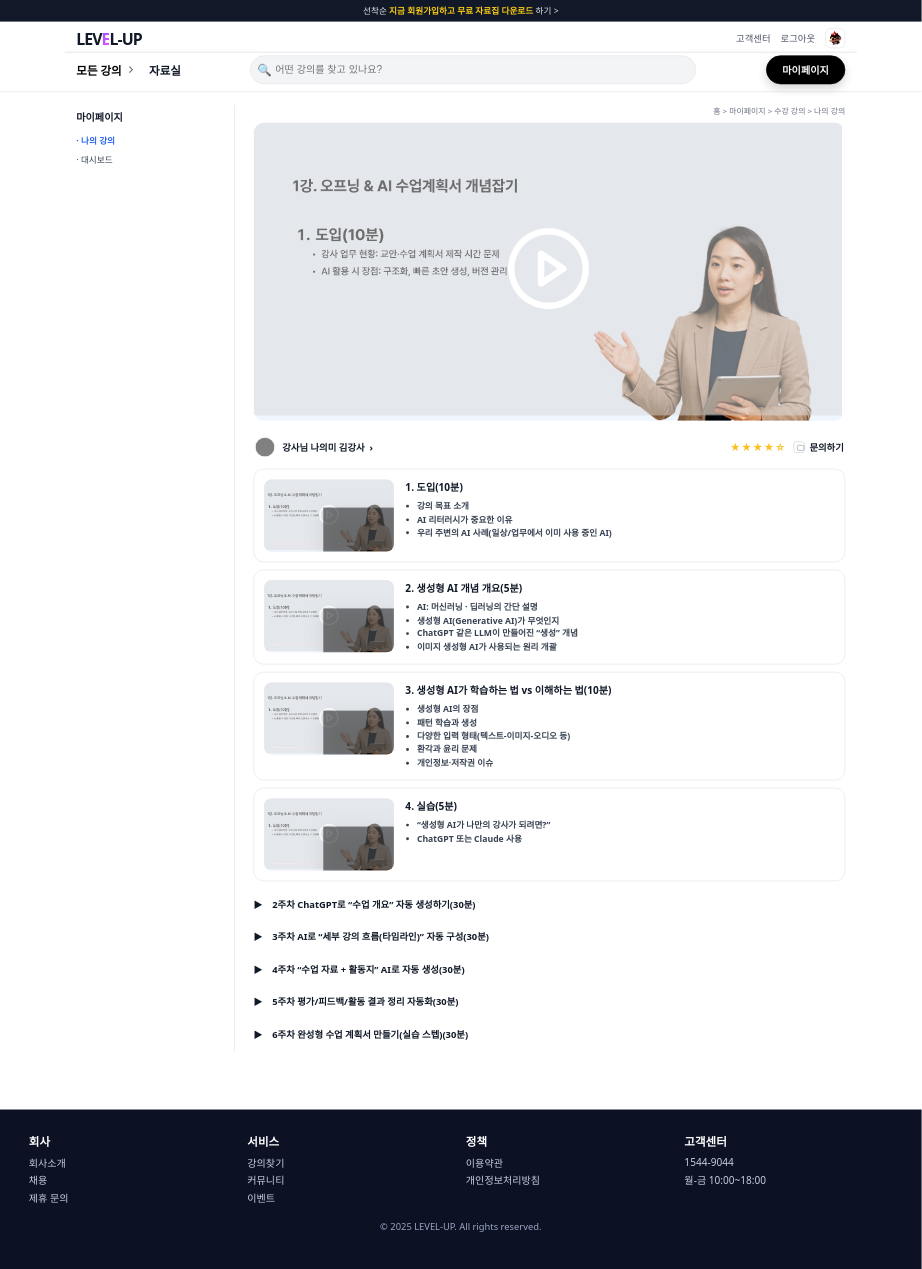
Repository: Iimchaehoon/level_up
Page: my_lecture.html
An editor plug-in stored every save of this project. The page is shown before and after the next save, followed by the edit.
The browser window is 1280 px wide. The pictures show the whole page, at 72% of full size.

Above is the page before, as saved 2025-12-14 01:30:16.

### my_lecture.html
<!doctype html>
<html lang="ko">
<head>
  <meta charset="UTF-8" />
  <meta name="viewport" content="width=device-width,initial-scale=1" />
  <title>나의 강의 | LEVEL-UP</title>

  <link rel="stylesheet" href="styles.css" />

  <style>
    :root{
      --gray-50:#f9fafb; --gray-100:#f3f4f6; --gray-200:#e5e7eb; --gray-300:#d1d5db;
      --gray-400:#9ca3af; --gray-500:#6b7280; --gray-600:#4b5563; --gray-700:#374151;
      --black:#111827; --primary:#2563eb;
    }
    *{ box-sizing:border-box; }
    body{ margin:0; font-family:"Noto Sans KR",system-ui,-apple-system,BlinkMacSystemFont,"Segoe UI",sans-serif; background:#fff; color:var(--black); }
    a{ color:inherit; text-decoration:none; }
    img{ max-width:100%; display:block; }
    button{ font-family:inherit; }

    /* ───────── 상단 공지 ───────── */
    .topbar{ background:#111827; color:#e5e7eb; font-size:12px; text-align:center; padding:6px 16px; }
    .topbar strong{ color:#facc15; font-weight:600; }

    /* ───────── 헤더(고정 + 드롭다운 동작 보장) ───────── */
    .header{ background:#fff; border-bottom:1px solid var(--gray-200); position:sticky; top:0; z-index:999; }
    .header{ position:sticky; top:0; }
    .header{ /* 드롭다운 absolute 기준 */ position:sticky; }
    .header-top{
      display:flex; align-items:center; justify-content:space-between;
      max-width:1100px; margin:0 auto; padding:8px 16px 4px;
    }
    .brand{ font-size:22px; font-weight:800; letter-spacing:-0.06em; cursor:pointer; }
    .brand__e{
      display:inline-block;
      background:linear-gradient(120deg,#7b5cff,#ff4bff);
      -webkit-background-clip:text; color:transparent;
    }
    .header-top__right{ display:flex; align-items:center; gap:14px; font-size:13px; }
    .nav-util{ color:var(--gray-600); cursor:pointer; }
    .profile-avatar{
      width:28px; height:28px; border-radius:8px; object-fit:cover; border:1px solid var(--gray-200);
    }

    .header-bottom{
      display:grid;
      grid-template-columns:auto minmax(260px,1fr) auto;
      align-items:center; gap:16px;
      max-width:1100px; margin:0 auto;
      padding:4px 16px 10px;
      border-top:1px solid rgba(148,163,184,.35);
      position:relative;
    }
    .header-bottom__left{ display:flex; align-items:center; gap:16px; }
    .menu-title{
      background:none; border:none; padding:6px 0; font:inherit;
      font-weight:600; display:inline-flex; align-items:center; gap:4px;
      cursor:pointer;
    }
    .menu-title:hover{ color:var(--primary); }

    .header-bottom__center{ display:flex; justify-content:center; }
    .header-bottom__right{ display:flex; justify-content:flex-end; }

    .nav__search{ position:relative; max-width:620px; width:100%; }
    .nav__search input{
      width:100%;
      padding:11px 14px 11px 34px;
      border-radius:999px;
      border:1px solid var(--gray-200);
      background:var(--gray-100);
      font-size:14px;
      outline:none;
    }
    .icon-search{
      position:absolute; left:10px; top:50%; transform:translateY(-50%);
      font-size:16px; color:var(--gray-600);
      cursor:default;
    }

    .menu-toggle-icon{
      width:18px; height:18px;
      background-image:url("./assets/Button_1.png");
      background-size:contain; background-repeat:no-repeat; background-position:center;
      transform:rotate(0deg);
      transform-origin:center;
      transition:transform .15s ease;
    }
    .menu-toggle-icon.open{ transform:rotate(90deg); }

    .btn{
      border-radius:12px;
      border:1px solid transparent;
      padding:10px 16px;
      font-weight:600;
      cursor:pointer;
      background:#fff;
      color:var(--black);
      transition:all .2s ease;
    }
    .btn.mypage-btn{
      border-radius:999px;
      background:#000;
      color:#fff;
      padding:9px 22px;
      font-size:14px;
      border:1px solid #000;
      box-shadow: 0 6px 14px rgba(0,0,0,0.16);
      transition: background-color .18s ease, box-shadow .18s ease, transform .18s ease;
    }
    .btn.mypage-btn:hover{
      background: rgba(0,0,0,0.86);
      box-shadow: 0 8px 18px rgba(0,0,0,0.18);
      transform: translateY(-1px);
    }
    .btn.mypage-btn:active{
      background: rgba(0,0,0,0.78);
      box-shadow: 0 4px 10px rgba(0,0,0,0.14);
      transform: translateY(1px);
    }

    /* 드롭다운 */
    .nav-dropdown{
      display:none;
      position:absolute;
      background:#fff;
      border-radius:18px;
      box-shadow:0 20px 40px rgba(15,23,42,.18);
      padding:10px 0;
      min-width:260px;
      z-index:2000;
    }
    .nav-dropdown__list{ list-style:none; margin:0; padding:0; }
    .nav-dropdown__item{
      display:flex; align-items:center; gap:10px;
      padding:8px 16px; font-size:14px; white-space:nowrap;
      cursor:pointer;
    }
    .nav-dropdown__item + .nav-dropdown__item{ border-top:1px solid var(--gray-200); }
    .nav-dropdown__item:hover{ background:var(--gray-50); }
    .nav-dropdown__icon{ width:22px; height:22px; object-fit:contain; }

    /* ───────── 페이지 레이아웃(피그마 느낌) ───────── */
    .page{
      max-width:1100px;
      margin:0 auto;
      padding:18px 16px 80px;
      display:grid;
      grid-template-columns:220px 1fr;
      gap:26px;
    }

    /* 좌측 메뉴 */
    .side{ border-right:1px solid var(--gray-200); padding-right:18px; }
    .side__title{ font-size:14px; font-weight:900; margin:6px 0 14px; }
    .side__group{ margin-bottom:18px; }
    .side__group h4{ margin:0 0 8px; font-size:12px; font-weight:900; color:var(--black); }
    .side__links{ display:flex; flex-direction:column; gap:8px; font-size:12px; }
    .side__links a{ color:var(--gray-700); cursor:pointer; }
    .side__links a.active{ color:var(--primary); font-weight:900; }

    /* 메인 상단 breadcrumb */
    .main__crumb{ font-size:11px; color:var(--gray-500); text-align:right; margin:0 0 8px; }

    /* 상단 히어로 카드 */
    .hero-card{
      height: 415px;
      background:url(./my_lec/Group_427322280.png);
      background-size: contain;
      border-radius:16px;
      padding:22px 22px;
      display:flex;
      justify-content:space-between;
      align-items:center;
      gap:16px;
    }
    .hero-title{ margin:0; font-size:22px; font-weight:900; }
    .hero-sub{ margin:10px 0 0; font-size:14px; color:var(--gray-700); font-weight:600; }
    .hero-figure{
      width:260px; height:170px;
      border-radius:12px;
      overflow:hidden;
      display:flex;
      align-items:center;
      justify-content:center;
    }
    .hero-figure img{ width:100%; height:100%; object-fit:contain; }

    /* 강사/별점/문의하기 라인 */
    .teacher-row{
      margin:16px 0 10px;
      display:flex;
      align-items:center;
      justify-content:space-between;
      padding:6px 2px;
    }
    .teacher-left{
      display:flex; align-items:center; gap:10px;
      font-size:13px; font-weight:800;
    }
    .teacher-avatar{
      width:28px; height:28px; border-radius:999px;
      object-fit:cover; border:1px solid var(--gray-200);
      background:#fff;
    }
    .teacher-right{
      display:flex; align-items:center; gap:10px;
      font-size:13px; font-weight:800;
    }
    .stars{
      color:#fbbf24;
      letter-spacing:1px;
      font-size:14px;
    }
    .ask{
      display:inline-flex; align-items:center; gap:6px;
      color:var(--black);
      cursor:pointer;
    }
    .ask .icon{
      width:16px; height:16px;
      border:1px solid var(--gray-300);
      border-radius:4px;
      display:inline-block;
      position:relative;
      background:#fff;
    }
    .ask .icon:after{
      content:"";
      position:absolute;
      left:4px; top:4px;
      width:8px; height:6px;
      border:1px solid var(--gray-400);
      border-radius:2px;
    }

    /* 오프닝/커리큘럼 카드 */
    .unit-card{
      background:#fff;
      border:1px solid var(--gray-200);
      border-radius:14px;
      padding:14px;
      margin-top:10px;
    }

    /* 썸네일: "배경(Group) + 필름(Rectangle)" 합성 */
    .thumb-composite{
      width:180px;
      height:100px;
      border-radius:10px;
      overflow:hidden;
      background:#e5e7eb;
      position:relative;
      flex:0 0 auto;
    }
    .thumb-composite .bg{
      position:absolute; inset:0;
      width:100%; height:100%;
      object-fit:cover;
    }
    .thumb-composite .film{
      position:absolute;
      right:-6px;
      bottom:-6px;
      width:58%;
      height:auto;
      object-fit:contain;
      pointer-events:none;
      filter: drop-shadow(0 8px 14px rgba(0,0,0,.18));
    }
    .thumb-composite .playerbar{
      position:absolute;
      left:8px;
      bottom:8px;
      width:65%;
      height:auto;
      object-fit:contain;
      pointer-events:none;
      opacity:.95;
    }

    .unit-row{
      display:flex;
      gap:16px;
      align-items:flex-start;
    }
    .unit-body{
      flex:1;
    }
    .unit-title{
      margin:0 0 8px;
      font-size:14px;
      font-weight:900;
    }
    .unit-list{
      margin:0;
      padding-left:16px;
      font-size:12px;
      color:var(--gray-700);
      line-height:1.55;
      font-weight:600;
    }

    /* 아코디언 (2~6주차) */
    .accordion{
      margin-top:12px;
      border-radius:14px;
    }
    .acc-item{ margin:6px 0; }
    .acc-btn{
      width:100%;
      background:transparent;
      border:none;
      padding:10px 0;
      display:flex;
      align-items:center;
      gap:10px;
      font-size:13px;
      font-weight:900;
      cursor:pointer;
      color:var(--black);
      text-align:left;
    }
    .acc-arrow{
      width:16px;
      display:inline-block;
      transform:rotate(0deg);
      transition:transform .18s ease;
      color:var(--black);
    }
    .acc-item.open .acc-arrow{ transform:rotate(90deg); }

    .acc-panel{
      max-height:0;
      overflow:hidden;
      transition:max-height .22s ease;
      padding-left:26px;
    }
    .acc-inner{
      padding:8px 0 12px;
      color:var(--gray-700);
      font-size:12px;
      line-height:1.6;
      font-weight:600;
    }

    /* 푸터(너가 준 그대로) */
    .footer {
      background: #0c1224;
      color: #c7cee1;
      padding: 32px 24px 50px;
    }
    .footer__links {
      max-width: 1200px;
      margin: 0 auto 18px;
      display: grid;
      grid-template-columns: repeat(auto-fit, minmax(180px, 1fr));
      gap: 14px;
    }
    .footer h4 {
      margin: 0 0 8px;
      color: #ffffff;
    }
    .footer a {
      display: block;
      margin: 4px 0;
      font-size: 14px;
      cursor:pointer;
    }
    .footer__copy {
      margin: 0;
      text-align: center;
      font-size: 13px;
      color: #9ca6c7;
    }

    @media (max-width:980px){
      .page{ grid-template-columns:1fr; }
      .side{ border-right:none; padding-right:0; }
      .hero-figure{ width:200px; height:140px; }
      .thumb-composite{ width:150px; height:90px; }
    }
  </style>
</head>

<body>
  <div class="topbar">
    선착순 <strong>지금 회원가입하고 무료 자료집 다운로드</strong> 하기 &gt;
  </div>

  <!-- ✅ 헤더 -->
  <header class="header" id="headerRoot">
    <div class="header-top">
      <div class="header-top__left">
        <a href="index.html" class="brand">LEV<span class="brand__e">E</span>L-UP</a>
      </div>
      <div class="header-top__right header-top__right--authed">
        <span class="nav-util">고객센터</span>
        <span class="nav-util">로그아웃</span>
        <img class="profile-avatar" src="./assets/ddd_thumbnail.png" alt="프로필" />
      </div>
    </div>

    <div class="header-bottom">
      <div class="header-bottom__left">
        <button class="menu-title has-dropdown" id="allLecturesBtn" type="button">
          <span>모든 강의</span>
          <span class="menu-toggle-icon" id="menuToggleIcon" aria-hidden="true"></span>
        </button>
        <a class="menu-title" href="course.html">자료실</a>
      </div>

      <div class="header-bottom__center">
        <div class="nav__search">
          <span class="icon-search">🔍</span>
          <input type="text" placeholder="어떤 강의를 찾고 있나요?" />
        </div>
      </div>

      <div class="header-bottom__right">
        <button class="btn mypage-btn" type="button" data-nav="mypage">마이페이지</button>
      </div>
    </div>

    <!-- 드롭다운 -->
    <div class="nav-dropdown" id="navDropdown">
      <ul class="nav-dropdown__list">
        <li class="nav-dropdown__item js-go-ai-basic">
          <img src="./assets/9342101 1.png" alt="" class="nav-dropdown__icon" />
          <span>AI 기초 이해 · 리터러시</span>
        </li>
        <li class="nav-dropdown__item"><img src="./assets/9a04e59f-39b9-42de-9d05-d933becf10b4 1.png" alt="" class="nav-dropdown__icon" /><span>업무 효율 향상</span></li>
        <li class="nav-dropdown__item"><img src="./assets/son-eul-jabgo-huinsaeg-baegyeong-3d-geulim-e-keullibbodeue-chekeuliseuteu-sincheongseo-munseo-jagseong (1) 1.png" alt="" class="nav-dropdown__icon" /><span>교육 자료 제작</span></li>
        <li class="nav-dropdown__item"><img src="./assets/9731562 1.png" alt="" class="nav-dropdown__icon" /><span>원생 관리</span></li>
        <li class="nav-dropdown__item"><img src="./assets/10316159 1.png" alt="" class="nav-dropdown__icon" /><span>상담 업무</span></li>
        <li class="nav-dropdown__item"><img src="./assets/63624731-5ef5-4ba4-8c7f-82a551538336 1.png" alt="" class="nav-dropdown__icon" /><span>강의 기획 · 교육 설계</span></li>
        <li class="nav-dropdown__item"><img src="./assets/9d016f34-375d-4ba7-8c87-c7b0c5c7740b 1.png" alt="" class="nav-dropdown__icon" /><span>강의 홍보 · 피드백</span></li>
        <li class="nav-dropdown__item"><img src="./assets/04f8dee7-4018-491e-96a9-dbf9a50d942b 1.png" alt="" class="nav-dropdown__icon" /><span>자료 · 로고 디자인</span></li>
        <li class="nav-dropdown__item"><img src="./assets/11591525 1.png" alt="" class="nav-dropdown__icon" /><span>창업 · 수익화</span></li>
      </ul>
    </div>
  </header>

  <main class="page">
    <!-- 좌측 -->
    <aside class="side">
      <div class="side__title">마이페이지</div>
      <div class="side__group">
        <div class="side__links">
          <a class="active" href="my_lecture.html">· 나의 강의</a>
          <a href="#">· 대시보드</a>
        </div>
      </div>
    </aside>

    <!-- 우측 -->
    <section class="main">
      <div class="main__crumb">홈 &gt; 마이페이지 &gt; 수강 강의 &gt; 나의 강의</div>

      <!-- 상단 카드 -->
      <div class="hero-card">

      </div>

      <!-- 강사 라인 -->
      <div class="teacher-row">
        <div class="teacher-left">
          <img class="teacher-avatar" src="./my_lec/Rectangle_3468940.png" alt="강사 프로필">
          <span>강사님 나의미 김강사 &nbsp;›</span>
        </div>
        <div class="teacher-right">
          <span class="stars">★★★★☆</span>
          <span class="ask"><span class="icon" aria-hidden="true"></span>문의하기</span>
        </div>
      </div>

      <!-- 1~4 카드(피그마 스타일: 썸네일 합성 + 리스트) -->
      <div class="unit-card">
        <div class="unit-row">
          <div class="thumb-composite">
            <img class="bg" src="./my_lec/Group_427322280.png" alt="오프닝 썸네일"
                 onerror="this.onerror=null; this.src='./my_lec/Group_42732280.png';" />
            <img class="playerbar" src="./my_lec/Group_427322371.png" alt="플레이어바"
                 onerror="this.onerror=null; this.style.display='none';" />
            <img class="film" src="./my_lec/Rectangle_3468940.png" alt="필름 오버레이"
                 onerror="this.onerror=null; this.style.display='none';" />
          </div>
          <div class="unit-body">
            <p class="unit-title">1. 도입(10분)</p>
            <ul class="unit-list">
              <li>강의 목표 소개</li>
              <li>AI 리터러시가 중요한 이유</li>
              <li>우리 주변의 AI 사례(일상/업무에서 이미 사용 중인 AI)</li>
            </ul>
          </div>
        </div>
      </div>

      <div class="unit-card">
        <div class="unit-row">
          <div class="thumb-composite">
            <img class="bg" src="./my_lec/Group_427322280.png" alt="">
            <img class="playerbar" src="./my_lec/Group_427322371.png" alt="">
            <img class="film" src="./my_lec/Rectangle_3468940.png" alt="">
          </div>
          <div class="unit-body">
            <p class="unit-title">2. 생성형 AI 개념 개요(5분)</p>
            <ul class="unit-list">
              <li>AI: 머신러닝 · 딥러닝의 간단 설명</li>
              <li>생성형 AI(Generative AI)가 무엇인지</li>
              <li>ChatGPT 같은 LLM이 만들어진 “생성” 개념</li>
              <li>이미지 생성형 AI가 사용되는 원리 개괄</li>
            </ul>
          </div>
        </div>
      </div>

      <div class="unit-card">
        <div class="unit-row">
          <div class="thumb-composite">
            <img class="bg" src="./my_lec/Group_427322280.png" alt="">
            <img class="playerbar" src="./my_lec/Group_427322371.png" alt="">
            <img class="film" src="./my_lec/Rectangle_3468940.png" alt="">
          </div>
          <div class="unit-body">
            <p class="unit-title">3. 생성형 AI가 학습하는 법 vs 이해하는 법(10분)</p>
            <ul class="unit-list">
              <li>생성형 AI의 장점</li>
              <li>패턴 학습과 생성</li>
              <li>다양한 입력 형태(텍스트-이미지-오디오 등)</li>
              <li>환각과 윤리 문제</li>
              <li>개인정보·저작권 이슈</li>
            </ul>
          </div>
        </div>
      </div>

      <div class="unit-card">
        <div class="unit-row">
          <div class="thumb-composite">
            <img class="bg" src="./my_lec/Group_427322280.png" alt="">
            <img class="playerbar" src="./my_lec/Group_427322371.png" alt="">
            <img class="film" src="./my_lec/Rectangle_3468940.png" alt="">
          </div>
          <div class="unit-body">
            <p class="unit-title">4. 실습(5분)</p>
            <ul class="unit-list">
              <li>“생성형 AI가 나만의 강사가 되려면?”</li>
              <li>ChatGPT 또는 Claude 사용</li>
            </ul>
          </div>
        </div>
      </div>

      <!-- 2~6주차 아코디언 -->
      <div class="accordion" id="accordion">
        <div class="acc-item">
          <button class="acc-btn" type="button">
            <span class="acc-arrow">▶</span>
            2주차 ChatGPT로 “수업 개요” 자동 생성하기(30분)
          </button>
          <div class="acc-panel">
            <div class="acc-inner">
              - 수업 목표/대상/시간 입력<br/>
              - 개요/차시 구성 자동 생성<br/>
              - 출력물 검토 및 수정 팁
            </div>
          </div>
        </div>

        <div class="acc-item">
          <button class="acc-btn" type="button">
            <span class="acc-arrow">▶</span>
            3주차 AI로 “세부 강의 흐름(타임라인)” 자동 구성(30분)
          </button>
          <div class="acc-panel">
            <div class="acc-inner">
              - 도입/전개/정리 타임라인<br/>
              - 활동/퀴즈/피드백 삽입<br/>
              - 난이도 조절 방식
            </div>
          </div>
        </div>

        <div class="acc-item">
          <button class="acc-btn" type="button">
            <span class="acc-arrow">▶</span>
            4주차 “수업 자료 + 활동지” AI로 자동 생성(30분)
          </button>
          <div class="acc-panel">
            <div class="acc-inner">
              - 학습지 문항 생성<br/>
              - 예시/정답/채점 기준 만들기<br/>
              - PDF/문서로 정리 팁
            </div>
          </div>
        </div>

        <div class="acc-item">
          <button class="acc-btn" type="button">
            <span class="acc-arrow">▶</span>
            5주차 평가/피드백/활동 결과 정리 자동화(30분)
          </button>
          <div class="acc-panel">
            <div class="acc-inner">
              - 루브릭/평가 기준 작성<br/>
              - 피드백 문구 자동 생성<br/>
              - 결과 요약 템플릿
            </div>
          </div>
        </div>

        <div class="acc-item">
          <button class="acc-btn" type="button">
            <span class="acc-arrow">▶</span>
            6주차 완성형 수업 계획서 만들기(실습 스텝)(30분)
          </button>
          <div class="acc-panel">
            <div class="acc-inner">
              - 전체 수업계획서 합치기<br/>
              - 최종 검수 체크리스트<br/>
              - 제출용 포맷 정리
            </div>
          </div>
        </div>
      </div>

    </section>
  </main>

  <!-- ✅ 푸터(너가 준 그대로) -->
  <footer class="footer">
    <div class="footer__links">
      <div>
        <h4>회사</h4>
        <a href="#">회사소개</a>
        <a href="#">채용</a>
        <a href="#">제휴 문의</a>
      </div>
      <div>
        <h4>서비스</h4>
        <a href="#">강의찾기</a>
        <a href="#">커뮤니티</a>
        <a href="#">이벤트</a>
      </div>
      <div>
        <h4>정책</h4>
        <a href="#">이용약관</a>
        <a href="#">개인정보처리방침</a>
      </div>
      <div>
        <h4>고객센터</h4>
        <a href="tel:1544-9044">1544-9044</a>
        <a href="#">월-금 10:00~18:00</a>
      </div>
    </div>
    <p class="footer__copy">© 2025 LEVEL-UP. All rights reserved.</p>
  </footer>

  <script>
    /* ✅ 마이페이지 버튼 공통 이동 */
    document.addEventListener("click", (e) => {
      const btn = e.target.closest('[data-nav="mypage"]');
      if (!btn) return;
      window.location.href = "mypage.html";
    });

    /* ✅ 드롭다운 토글 (이 페이지 단독으로도 무조건 동작) */
    const headerRoot = document.getElementById("headerRoot");
    const allLecturesBtn = document.getElementById("allLecturesBtn");
    const navDropdown = document.getElementById("navDropdown");
    const menuToggleIcon = document.getElementById("menuToggleIcon");
    let open = false;

    function closeDropdown(){
      open = false;
      navDropdown.style.display = "none";
      menuToggleIcon.classList.remove("open");
    }

    allLecturesBtn?.addEventListener("click", (e) => {
      e.stopPropagation();
      open = !open;

      if(!open){ closeDropdown(); return; }

      navDropdown.style.display = "block";
      menuToggleIcon.classList.add("open");

      // 버튼 아래에 정확히 위치
      const btnRect = allLecturesBtn.getBoundingClientRect();
      navDropdown.style.top = (btnRect.bottom + window.scrollY + 8) + "px";
      navDropdown.style.left = (btnRect.left + window.scrollX) + "px";
    });

    document.addEventListener("click", (e) => {
      if (!open) return;
      if (!navDropdown.contains(e.target) && !allLecturesBtn.contains(e.target)) closeDropdown();
    });

    /* ✅ 드롭다운 메뉴 이동 */
    document.querySelectorAll(".js-go-ai-basic").forEach((el) => {
      el.addEventListener("click", () => {
        window.location.href = "lecture_ai_basic.html";
      });
    });

    /* ✅ 아코디언 */
    document.querySelectorAll(".acc-item").forEach((item) => {
      const btn = item.querySelector(".acc-btn");
      const panel = item.querySelector(".acc-panel");

      btn.addEventListener("click", () => {
        const isOpen = item.classList.contains("open");

        // 한 번에 하나만 열고 싶으면 아래 주석 해제
        // document.querySelectorAll(".acc-item.open").forEach((o) => {
        //   if(o !== item){
        //     o.classList.remove("open");
        //     o.querySelector(".acc-panel").style.maxHeight = 0;
        //   }
        // });

        if(isOpen){
          item.classList.remove("open");
          panel.style.maxHeight = 0;
        }else{
          item.classList.add("open");
          panel.style.maxHeight = panel.scrollHeight + "px";
        }
      });
    });
  </script>
</body>
</html>

Loaded but not shown: styles.css (3154 lines, source omitted)

After the next save:
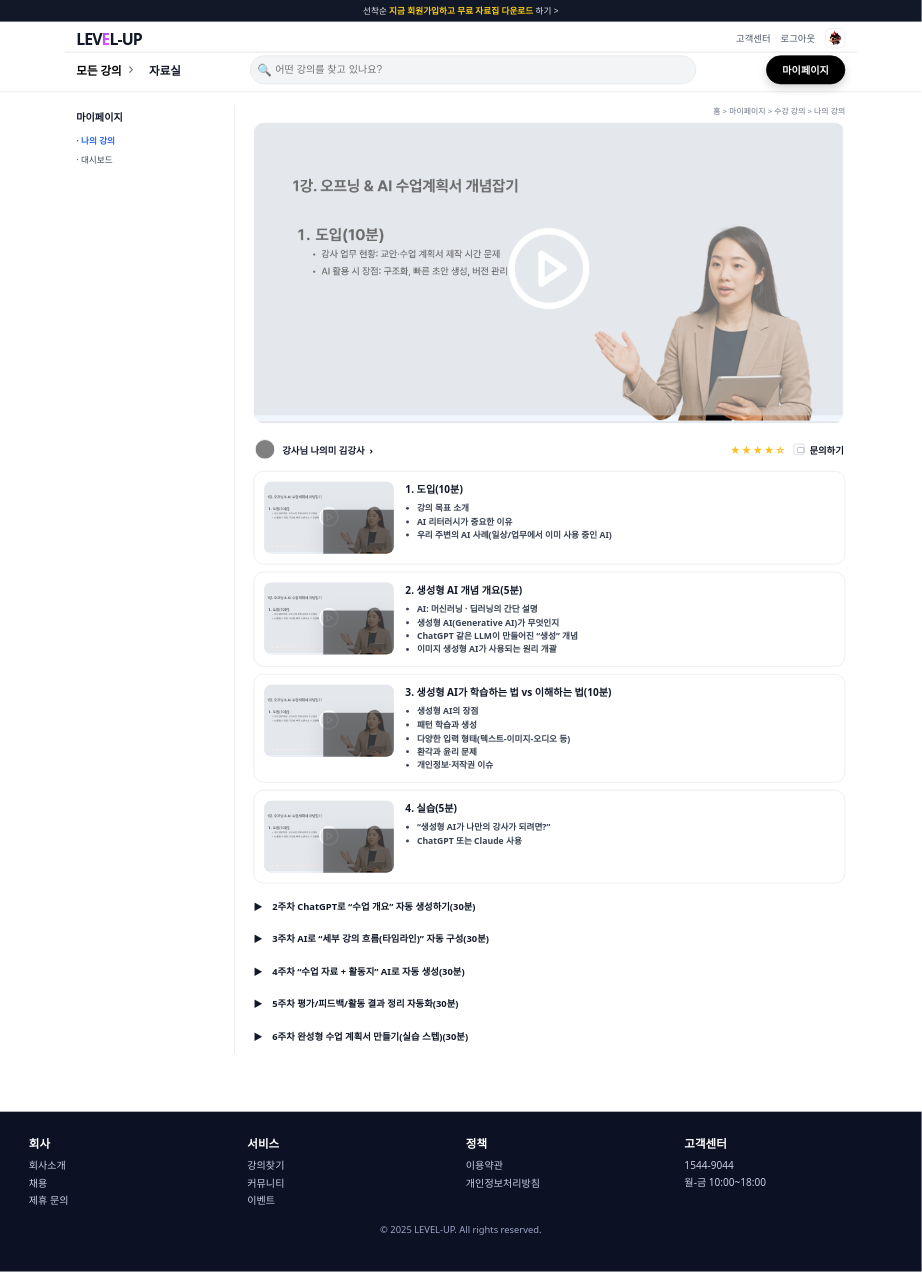
Saved 5 s later.
--- a/my_lecture.html
+++ b/my_lecture.html
@@ -165,7 +165,7 @@
 
     /* 상단 히어로 카드 */
     .hero-card{
-      height: 415px;
+      height: 418px;
       background:url(./my_lec/Group_427322280.png);
       background-size: contain;
       border-radius:16px;
